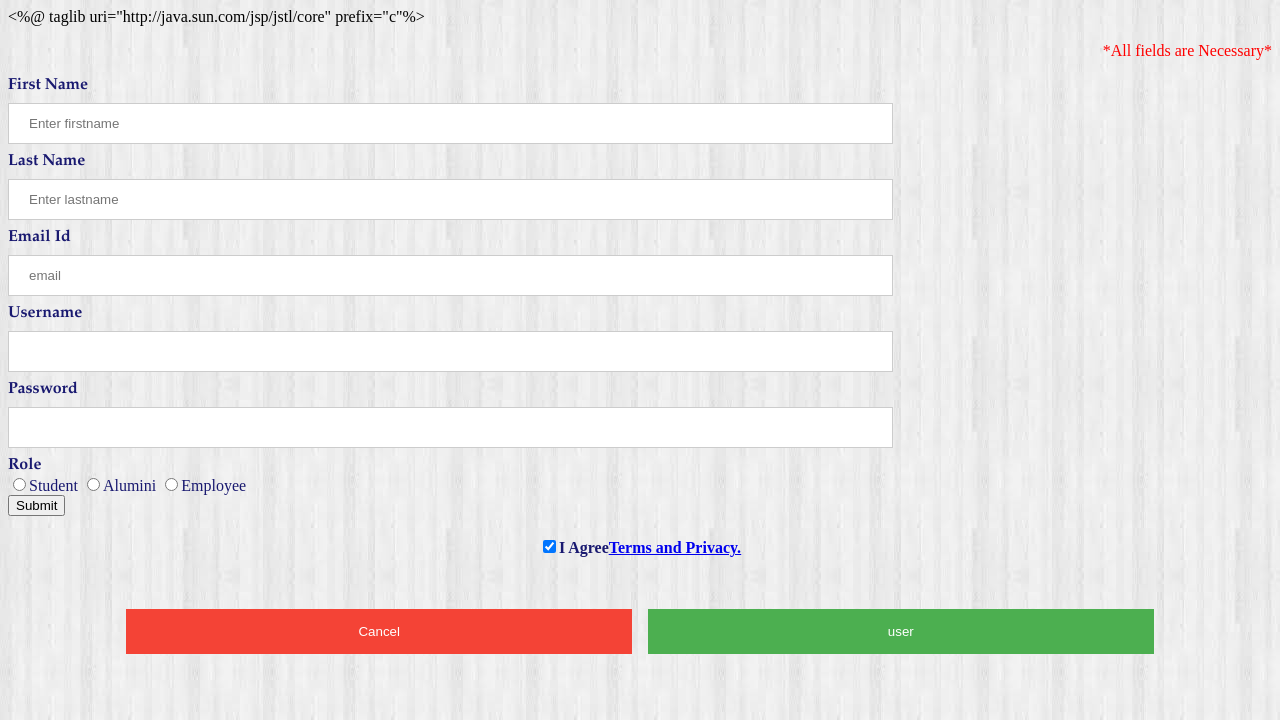
Repository: SwapnilYeldi/Project-2
Page: frontend/WebContent/views/registrationform.html
The author's editor kept a copy of each file at every save. The page is drawn from the files as they stood at one save, then again after the next save.
The browser window is 1280 px wide. The pictures show the whole page.

Above is the page before, as saved 2017-07-17 16:13:05.

After the next save:
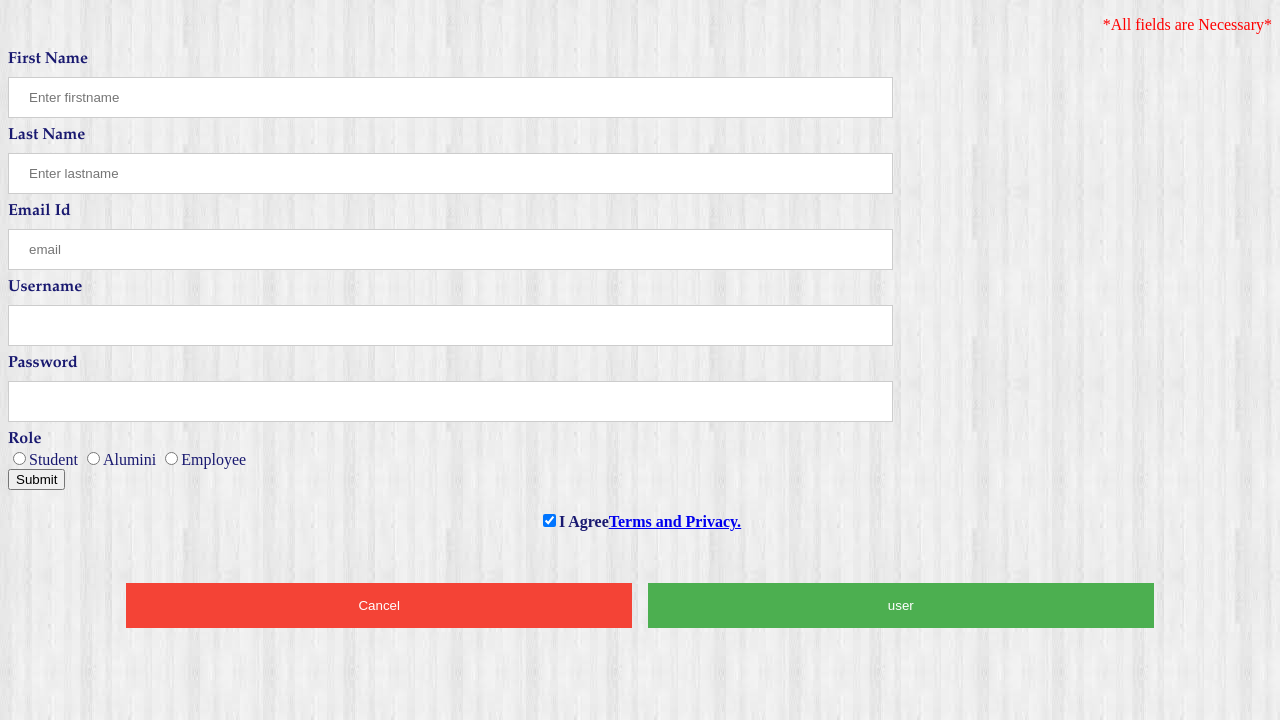
Saved 7 s later.
--- a/frontend/WebContent/views/registrationform.html
+++ b/frontend/WebContent/views/registrationform.html
@@ -5,7 +5,7 @@
 
 <meta http-equiv="Content-Type" content="text/html; charset=ISO-8859-1">
 <title>Insert title here</title>
-<%@ taglib uri="http://java.sun.com/jsp/jstl/core" prefix="c"%>
+
 <jsp:include page="navbar.jsp"></jsp:include>
 
 
